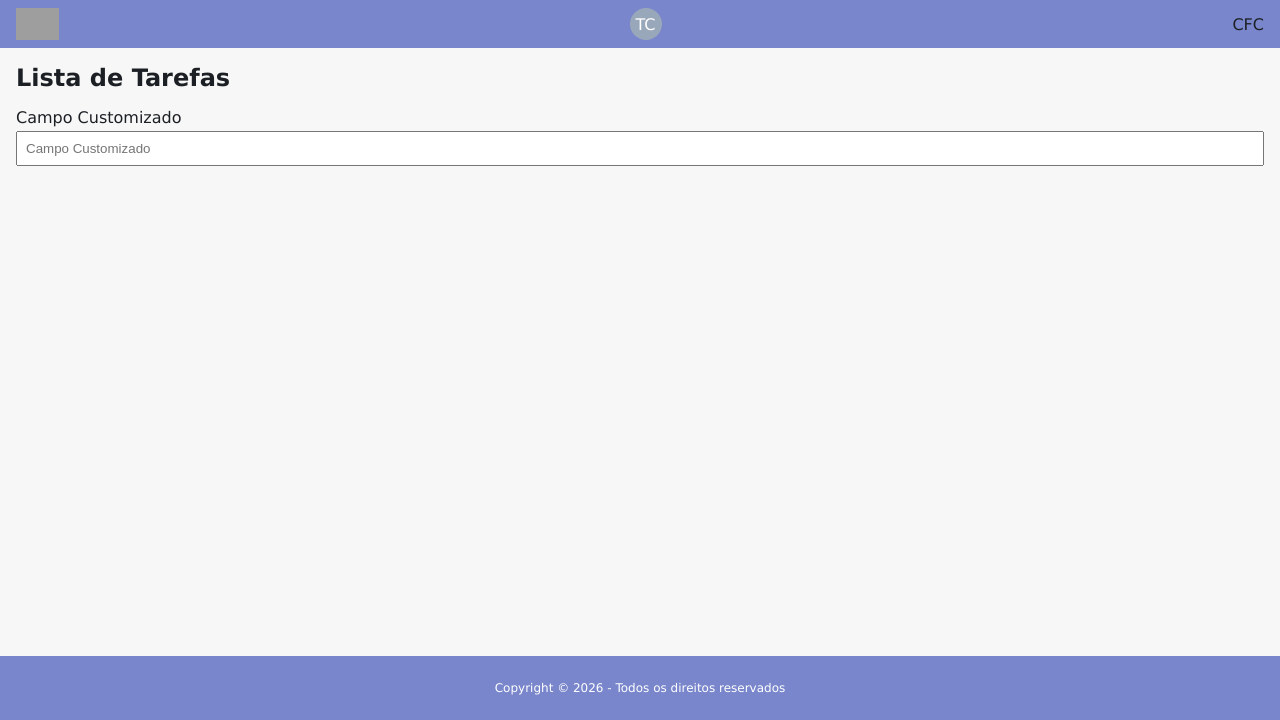
Repository: cristianfabiano/aulas-aplicativo-pwa
Page: /lista-tarefas
These files come from the project's save history. The page is drawn as it stood at one moment and after a run of saves; the edit follows.
The browser window is 1280 px wide. The pictures show the whole page.
Pictures or frames that could not be fetched are drawn as grey boxes. The project was rebuilt for these pictures with package versions that can differ from the ones it lists, and the page was loaded fresh each time. Also part of the build but not shown: vite.config.js, src/componentes/BotaoCustomizado/BotaoCustomizado.css, src/componentes/BotaoCustomizado/BotaoCustomizado.jsx, src/paginas/PaginaInicial/PaginaInicial.jsx, src/paginas/ListaProdutos/ListaProdutos.css, src/paginas/ListaProdutos/ItemProduto.css, src/paginas/ListaProdutos/ItemProduto.jsx, src/paginas/ListaProdutos/ListaProduto.jsx.

Above is the page before, as saved 2026-03-25 19:46:52.

### index.html
<!doctype html>
<html lang="en">
  <head>
    <meta charset="UTF-8" />
    <link rel="icon" type="image/svg+xml" href="/vite.svg" />
    <meta name="viewport" content="width=device-width, initial-scale=1.0" />
    <title>aulas-aplicativo-pwa</title>
  </head>
  <body>
    <div id="root"></div>
    <script type="module" src="/src/main.jsx"></script>
  </body>
</html>

### src/main.jsx
import { StrictMode } from 'react'
import { createRoot } from 'react-dom/client'
import './index.css'
import App from './App'

createRoot(document.getElementById('root')).render(
    <App />,
)

### src/index.css
* {
  margin: 0;
  padding: 0;
  box-sizing: border-box;
}

html,
body {
  height: 100%;
  background-color: var(--cor-fundo-padrao);
  font-family: Verdana, Geneva, Tahoma, sans-serif;
  color: var(--cor-texto-padrao)
}

#root {
  height: 100%;
  display: grid;
  grid-template-rows: 48px 1fr 64px;
}

:root {
 --cor-primaria-clara: #7986cb;
 --cor-primaria: #3f50b5;
 --cor-primaria-escura: #303f9f;

 --cor-secundaria-clara: #ffab40;
 --cor-secundaria: #ff9100;
 --cor-secundaria-escura: #ff6d00;

 --cor-fundo-padrao: #f7f7f7;

 --cor-texto-padrao: #1c2025;
 --cor-texto-claro: #fff;

 --cor-info: #0288d1;
 --cor-sucesso: #1aa251;
 --cor-aviso: #dea500;
 --cor-erro: #eb0014;

 --cor-cinza: #99a7bb;
}

### src/App.jsx
// import de biblioteca externa, instaladas via npm
import { createBrowserRouter, RouterProvider } from 'react-router-dom';

import "./App.css";
// import de componentes
import Cabecalho from "./componentes/Cabecalho/Cabecalho";
import Rodape from "./componentes/Rodape/Rodape";
import PaginaInicial from "./paginas/PaginaInicial/PaginaInicial";
import ListaProdutos from './paginas/ListaProdutos/ListaProduto';
import ListaTarefas from "./paginas/ListaTarefas/ListaTarefa";

const roteador = createBrowserRouter([
 {
   path:"" ,
   element: <PaginaInicial/>,
 },
 {
        path: 'lista-produtos',
        element: <ListaProdutos />,
 },
 {
  path: 'lista-tarefas',
        element: <ListaTarefas />,
 },
 {
    path:"*" ,
   element: <h3>Página não encontrada !!!</h3>
 }
]);


function App() {
  return (
    <>
      <Cabecalho />
      <RouterProvider router={roteador} />
      <Rodape />
    </>
  );
}

export default App;

### src/componentes/Cabecalho/Cabecalho.jsx
import Avatar from "../Avatar/Avatar";
import "./Cabecalho.css";

function Cabecalho() {
  return (
    <header className="cabecalho__root">
      <img src="/logo.png" height="32" alt="Logo" />
      <div className="cabecalho__avatar">TC</div>
      <Avatar nome="Cristian Fabiano Campigotto"/>
    </header>
  );
}

export default Cabecalho;

### src/componentes/Rodape/Rodape.jsx
import "./Rodape.css";

function Rodape() {
  const anoAtual = new Date().getFullYear();

  return (
    <footer className="rodape__root">
      Copyright © {anoAtual} - Todos os direitos reservados
    </footer>
  );
}

export default Rodape;

### src/paginas/ListaTarefas/ListaTarefa.jsx
import { useState } from "react";
import Principal from "../../componentes/Principal/Principal";
import CampoCustomizado from "../../componentes/CampoCustomizado/CampoCustomizado";

function ListaTarefas() {
    const [novaTarefa, setNovaTarefa] = useState("");

    return (
        <Principal>
            <h2>Lista de Tarefas</h2>

            <CampoCustomizado
                type="text"
                placeholder="Nova Tarefa"
                value={novaTarefa}
                onChange={(event) => setNovaTarefa(event.target.value)} />
        </Principal>
    );
}
export default ListaTarefas;

### src/componentes/Avatar/Avatar.jsx
import "./Avatar.css";

const Avatar = ({ nome }) => {
    const primeiraLetra = nome.split(" ").map(item => item[0]).join("").toUpperCase();
    return <div className="avatar_root">{primeiraLetra}</div>;
};

export default Avatar;

### src/componentes/Cabecalho/Cabecalho.css
.cabecalho__root {
  background-color: var(--cor-primaria-clara);
  display: flex;
  justify-content: space-between;
  align-items: center;
  padding: 0 16px;
}

.cabecalho__avatar {
  background-color: var(--cor-cinza);
  width: 32px;
  height: 32px;
  border-radius: 50%;
  display: grid;
  place-content: center;
  color: var(--cor-texto-claro);
}

### src/componentes/Rodape/Rodape.css
.rodape__root {
  background-color: var(--cor-primaria-clara);
  font-size: 12px;
  display: flex;
  justify-content: center;
  align-items: center;
  color: var(--cor-texto-claro)
}

### src/componentes/Principal/Principal.jsx
import "./Principal.css";

function Principal({ children }) {
  return <main className="principal__root">{children}</main>;
}

export default Principal;

### src/componentes/CampoCustomizado/CampoCustomizado.jsx
import "./CampoCustomizado.css";

function CampoCustomizado({label, ...props}) {
    return (
        <div className="campo-customizado__root">
            <label>Campo Customizado</label>
            <input className="campo-customizado__input"{...props} type="text" placeholder="Campo Customizado" />
        </div>
    );
}

export default CampoCustomizado;

### src/componentes/Avatar/Avatar.css
.cabecalho__avatar {
  background-color: var(--cor-cinza);
  width: 32px;
  height: 32px;
  border-radius: 50%;
  display: grid;
  place-content: center;
  color: var(--cor-texto-claro);
}

### src/componentes/Principal/Principal.css
.principal__root{
    padding: 16px;
    display: flex;
    flex-direction: column;
    gap: 16px;
}

### src/componentes/CampoCustomizado/CampoCustomizado.css
.campo-customizado__root{
    display: flex;
    flex-direction: column;
    gap: 4px; place

}

.campo-customizado__input{
    width: 100%;
    padding: 8px;
}

Loaded but not shown: src/App.css (no stored copy; drawn as an empty file); src/paginas/PaginaInicial/PaginaInicial.css (no stored copy; drawn as an empty file)

After the next 3 saves:
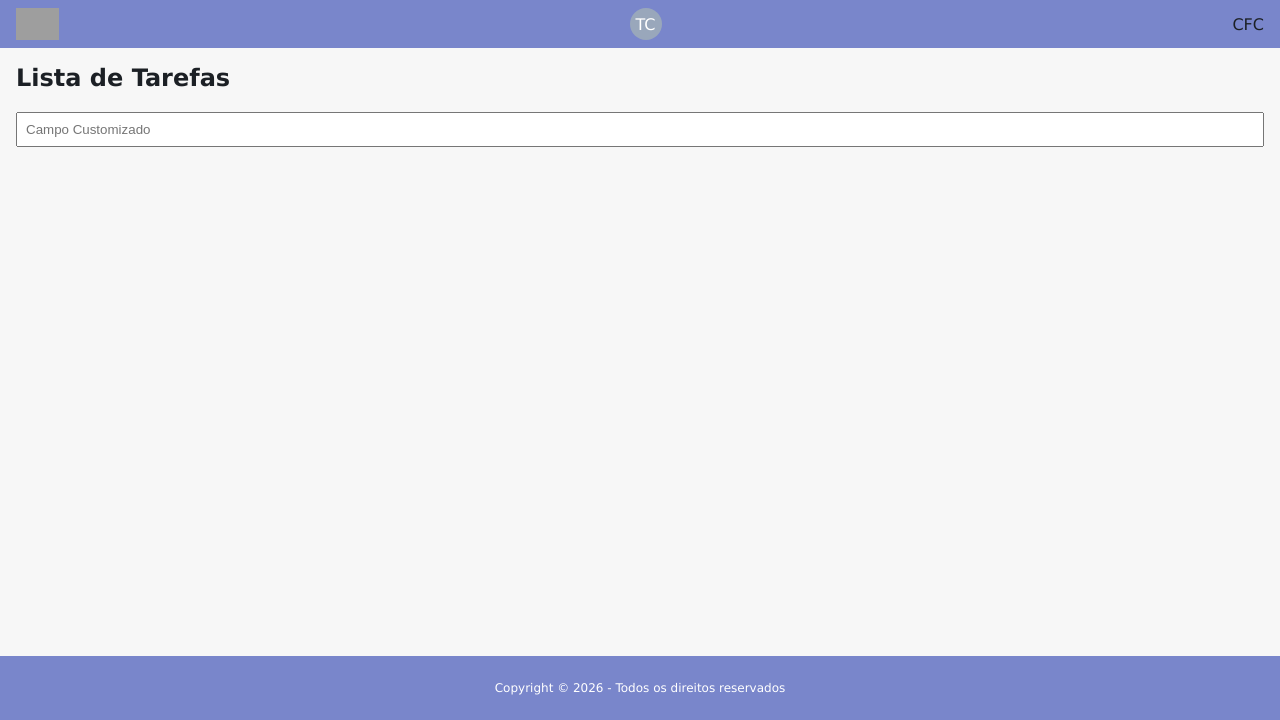
The 3 saves are shown as one change because they came seconds apart.
The last was saved 113 s later.
--- a/src/componentes/CampoCustomizado/CampoCustomizado.jsx
+++ b/src/componentes/CampoCustomizado/CampoCustomizado.jsx
@@ -3,7 +3,7 @@ import "./CampoCustomizado.css";
 function CampoCustomizado({label, ...props}) {
     return (
         <div className="campo-customizado__root">
-            <label>Campo Customizado</label>
+            <label>{}</label>
             <input className="campo-customizado__input"{...props} type="text" placeholder="Campo Customizado" />
         </div>
     );
